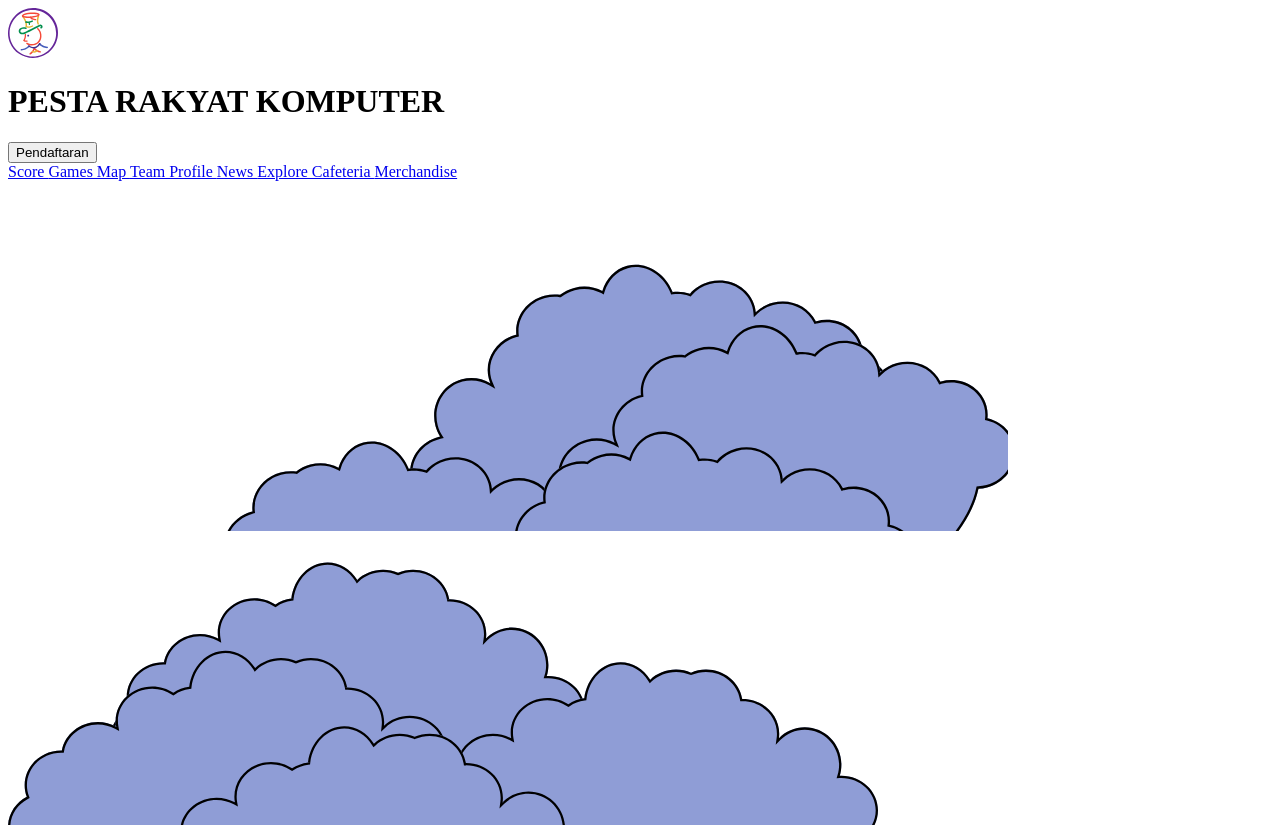
Repository: risalstrr/RegistPerak
Page: /
These files come from the project's save history. The page is drawn as it stood at one moment and after the next save; the edit follows.
The browser window is 1280 px wide. The pictures show the whole page.
The project was rebuilt for these pictures with package versions that can differ from the ones it lists, and the page was loaded fresh each time. The framework's server and built-in components were replaced by stand-ins that run in the browser. Also part of the build but not shown: next.config.js.

Above is the page before, as saved 2021-12-29 18:40:07.

After the next save:
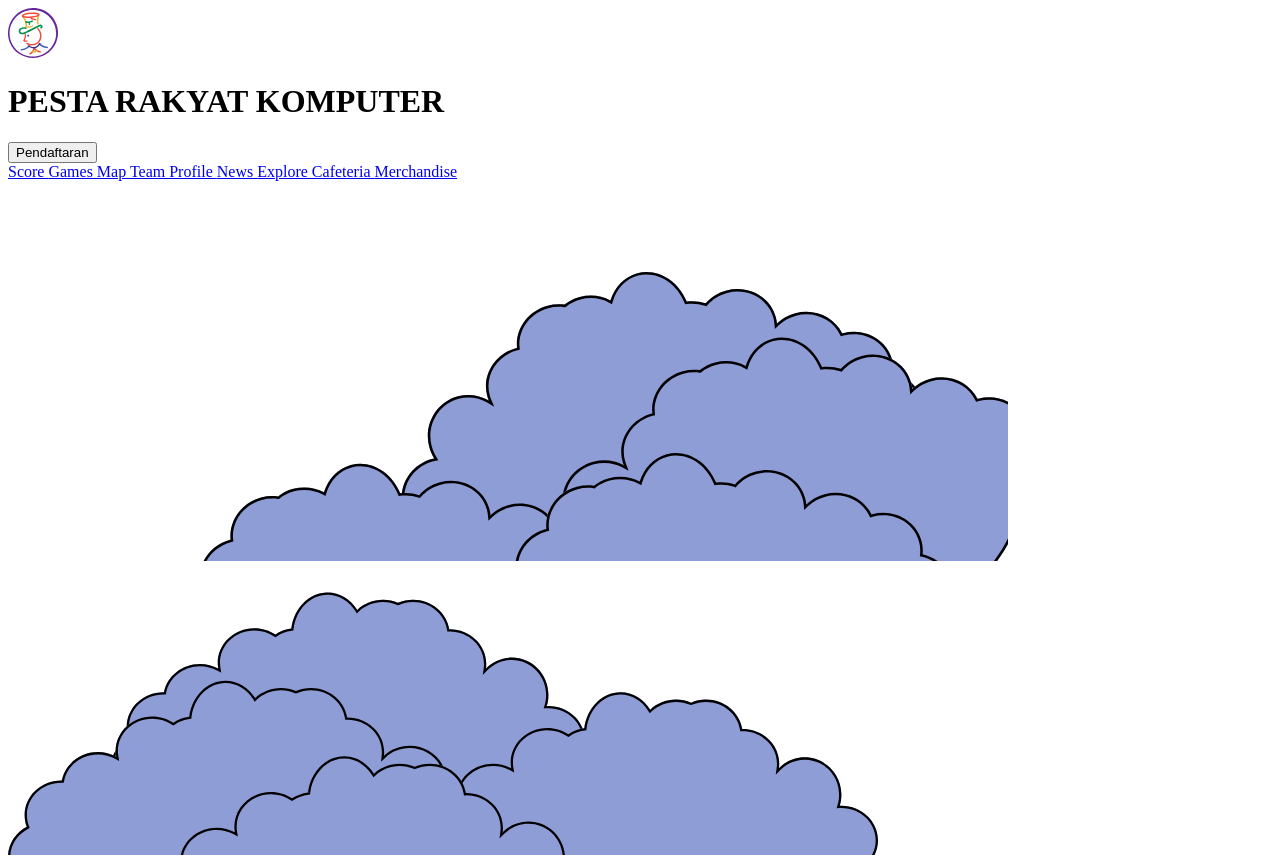
Saved 10 s later.
--- a/pages/index.js
+++ b/pages/index.js
@@ -73,7 +73,7 @@ export default function Home() {
         <
         Image src = "/rightcloud.svg"
         width = { 1000 }
-        height = { 350 }
+        height = { 380 }
         alt = "biru" /
         >
 
